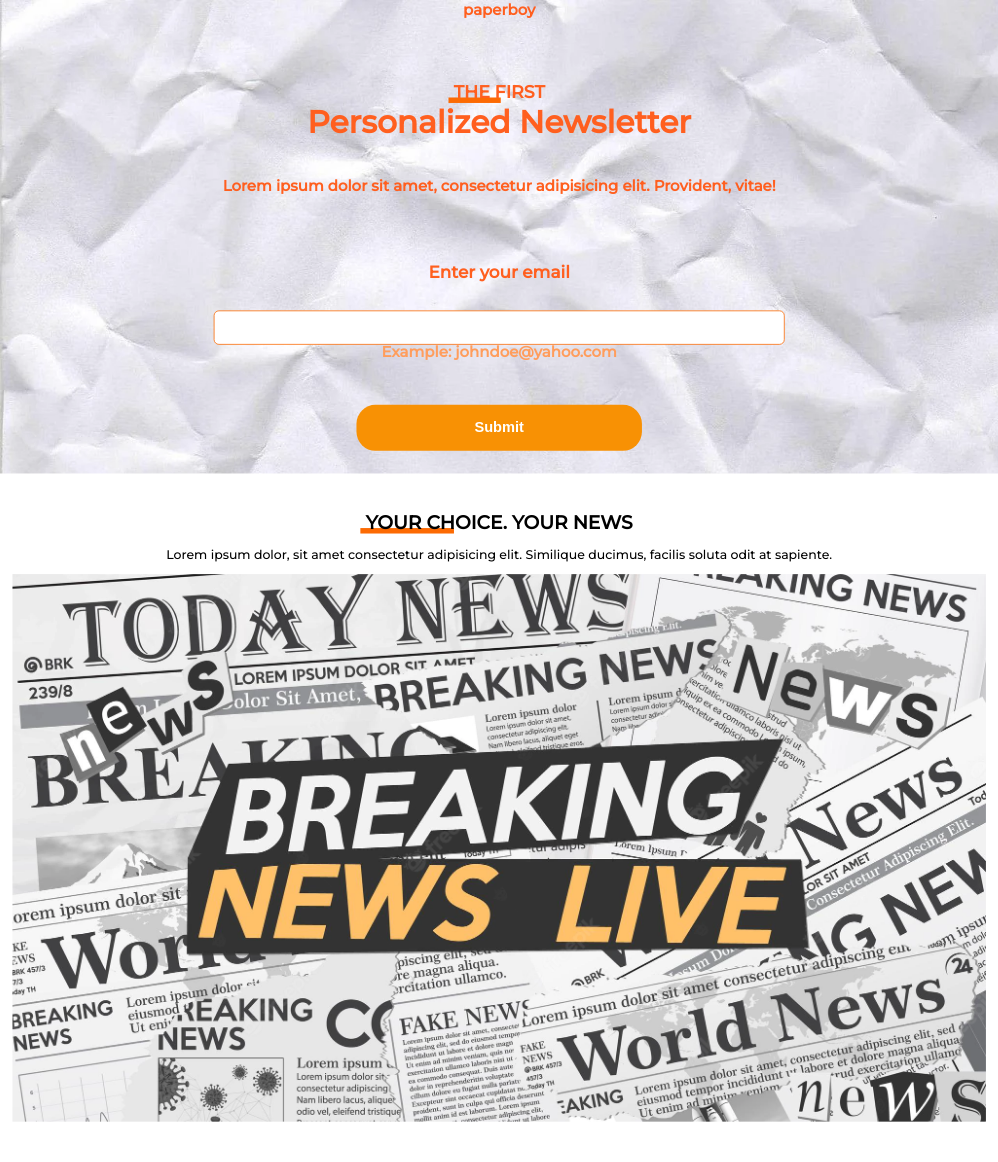
Repository: Gionnn/proiecte
Page: index.html
An editor plug-in stored every save of this project. The page is shown before and after the next save, followed by the edit.
The browser window is 1280 px wide. The pictures show the whole page, at 78% of full size.

Above is the page before, as saved 2022-11-28 12:11:06.

### index.html
<!DOCTYPE html>
<html lang="en">
  <head>
    <meta charset="UTF-8" />
    <meta name="viewport" content="width=device-width, initial-scale=1.0" />
    <meta http-equiv="X-UA-Compatible" content="ie=edge" />
    <link rel="stylesheet" href="css/main.css" />
    <title>Paperboy</title>
  </head>

  <body>
    <div class="hero-bg">
      <section class="top">
        <header>
          <a href="index.html">paperboy</a>
        </header>

        <h1><span>The first </span>Personalized Newsletter</h1>
        <p>
          Lorem ipsum dolor sit amet, consectetur adipisicing elit. Provident,
          vitae!
        </p>
        <div class="form-container">
          <form action="">
            <div class="form-left">
              <label for="email">Enter your email</label>
              <input type="text" name="email" id="email" />
              <p>Example: johndoe@yahoo.com</p>
            </div>
            <input type="button" value="Submit" />
          </form>
        </div>
      </section>
    </div>

    <section class="bottom">
      <div class="right-col">
        <h2>Your choice. Your news</h2>
        <p>
          Lorem ipsum dolor, sit amet consectetur adipisicing elit. Similique
          ducimus, facilis soluta odit at sapiente.
        </p>
        <img src="images/paper.jpeg" alt="Breaking News" />
      </div>
    </section>
  </body>
</html>

### css/main.css
@import url("https://fonts.googleapis.com/css2?family=Montserrat:wght@500&display=swap");

body {
  font-family: "Montserrat", sans-serif;
  margin: 0;
}

.hero-bg {
  background: url("../images/background.jpeg");
  color: #ff5f1f;
  text-align: center;
}

.hero-bg a {
  color: #ff5f1f;
  text-decoration: none;
  font-weight: bold;
  font-size: 1.2rem;
}

section {
  margin: 0 1em;
}

h1 {
  font-size: 2.5rem;
  margin: 2em 0 1.2em;
}

h1 span {
  text-transform: uppercase;
  display: block;
  font-size: 1.4rem;
  position: relative;
  z-index: 1;
}
h1 span::before {
  content: " ";
  position: absolute;
  width: 3em;
  background: #fc6a03;
  height: 0.3em;
  bottom: 0;
  z-index: -1;
  margin-left: -0.3em;
}
.hero-bg p {
  font-weight: bold;
  margin: 0 1em 3em;
  font-size: 1.2rem;
}
.form-container {
  margin: 2em -1em 0;
  padding: 2em;
}
label {
  color: #ff5f1f;
  font-weight: bold;
  display: block;
  margin-bottom: 1em;
  font-size: 1.5em;
}
input[type="text"] {
  border: 1px solid #fc6a03;
  width: 60%;
  padding: 1em;
  box-sizing: border-box;
  border-radius: 0.5em;
  margin-top: 1.2em;
}
.form-container {
  color: #ff9d5c;
  margin-bottom: 1.5em;
  font-weight: normal;
  font-size: 0.9em;
  margin-top: 0.3em;
}
input[type="button"] {
  background-color: #f89104;
  border: none;
  width: 30%;
  color: white;
  font-weight: bold;
  padding: 1em 0;
  border-radius: 1.3em;
  font-size: 1.3em;
  cursor: pointer;
}

input[type="button"]:hover {
  background-color: #c47508;
}

.bottom {
  margin: 0;
}

.right-col {
  text-align: center;
  margin: 3em 1em;
}

h2 {
  text-transform: uppercase;
  position: relative;
}

h2::before {
  content: " ";
  position: absolute;
  width: 5em;
  background: #fc6a03;
  height: 0.3em;
  bottom: 0;
  z-index: -1;
  margin-left: -0.3em;
}

img {
  width: 100%;
}

p {
  line-height: 1em;
}

After the next save:
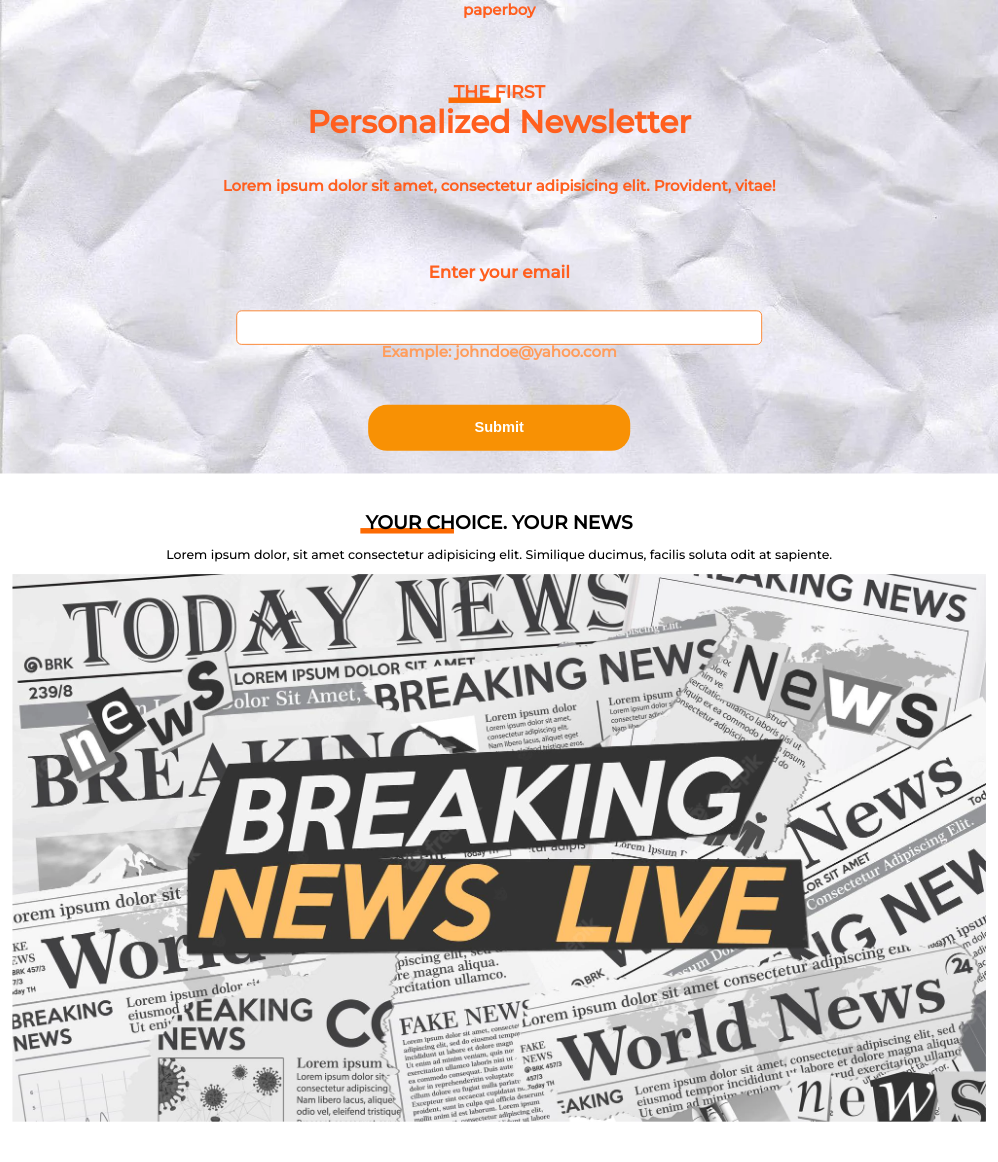
Saved 4 min 0 s later.
--- a/css/main.css
+++ b/css/main.css
@@ -123,3 +123,9 @@ img {
 p {
   line-height: 1em;
 }
+
+@media (min-width: 730px) {
+  section {
+    margin: 0 4em;
+  }
+}
